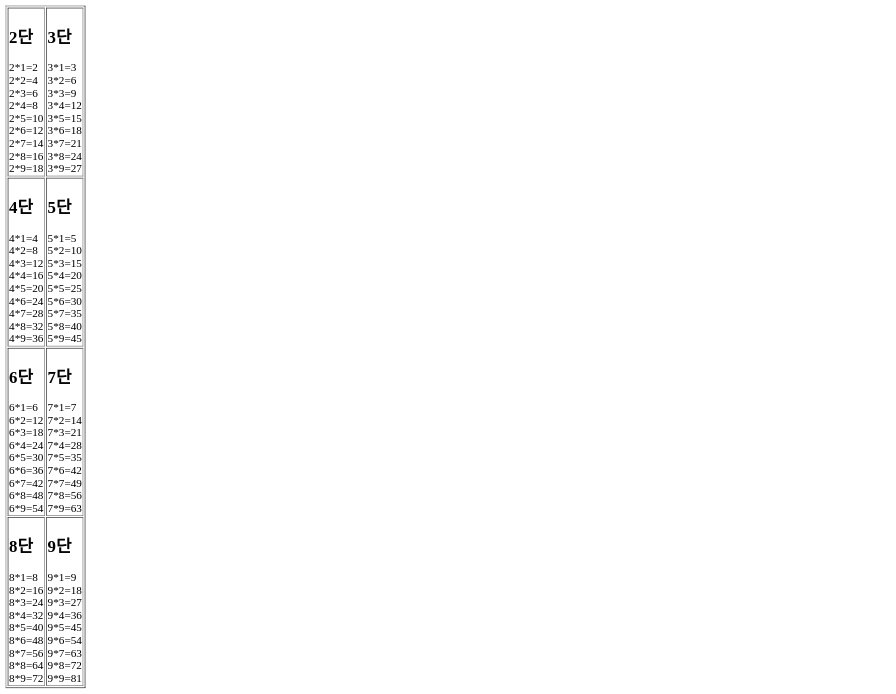
Repository: Park-Dongheon/Servlet-JSP_Training
Page: http://localhost/MissionJSP/Gugudan3.jsp
These files come from the project's save history. The page is drawn as it stood at one moment and after the next save; the edit follows.
The browser window is 1280 px wide. The pictures show the whole page, at 70% of full size.
The page is served by Tomcat 10. Other server files are loaded and not shown.

Above is the page before, as saved 2024-06-13 05:10:03.

### MissionJSP/src/main/webapp/Gugudan3.jsp
<%@ page language="java" contentType="text/html; charset=UTF-8"
	pageEncoding="UTF-8"%>

<!DOCTYPE html>
<html>
<head>
<meta charset="UTF-8">
<title>구구단</title>
</head>
<body>
	<%
	int col = 2;

	try {
		col = Integer.parseInt(request.getParameter("col"));

	} catch (Exception e) {}


	int dan = 2;
	out.print("<table border='1'>");

	while (dan <= 9) {
		out.print("<tr>");
		for (int i = 0; i < col && dan <= 9; i++, dan++) {
			out.print("<td><h2>" + dan + "단</h2>");
			for (int j = 1; j <= 9; j++) {
				out.print(dan + "*" + j + "=" + (dan * j) + "<br />");
			}
			out.print("</td>");
		}
		out.print("</tr>");
	}
	out.print("</table>");
	%>
</body>
</html>

After the next save:
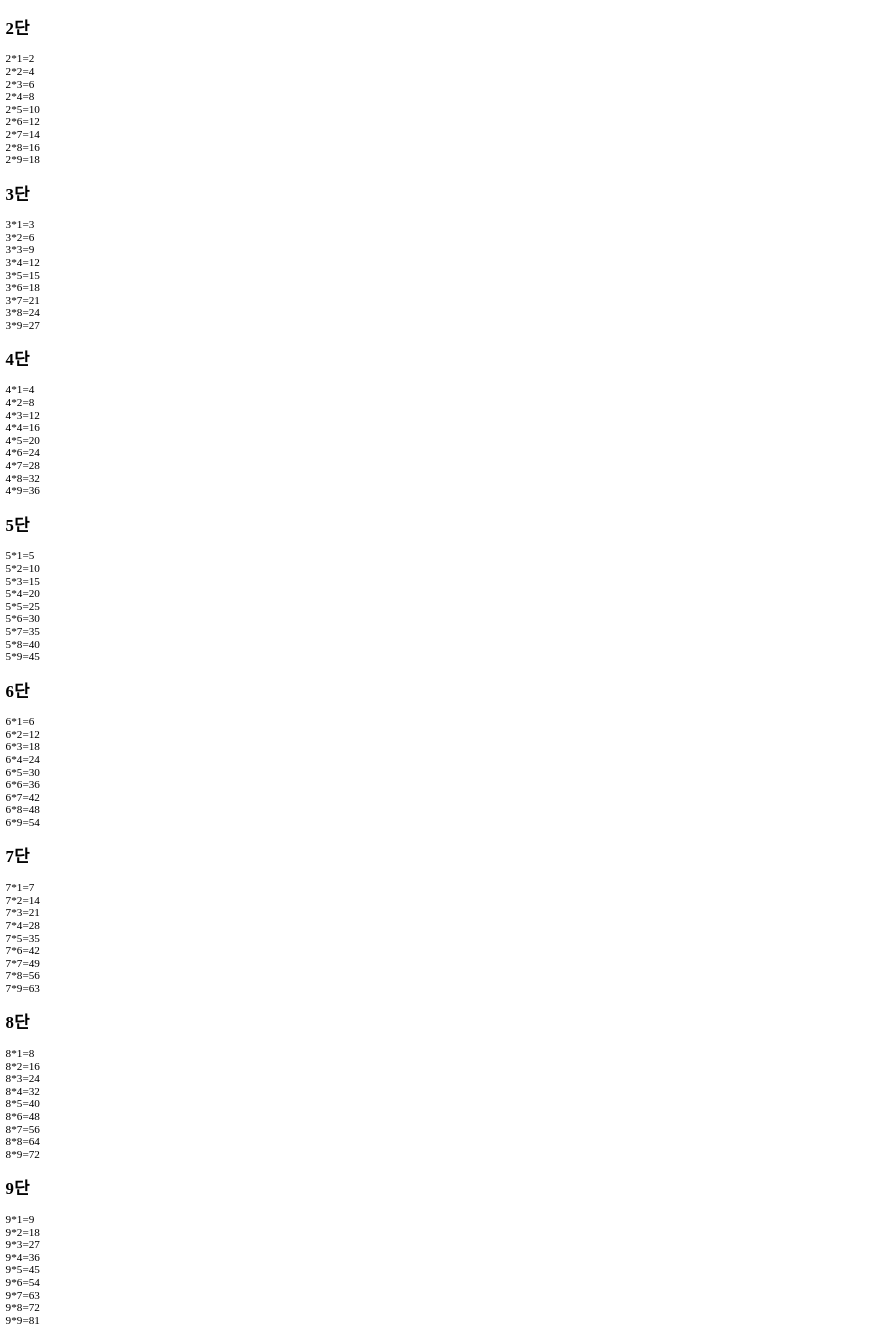
Saved 44 s later.
--- a/MissionJSP/src/main/webapp/Gugudan3.jsp
+++ b/MissionJSP/src/main/webapp/Gugudan3.jsp
@@ -18,20 +18,15 @@
 
 
 	int dan = 2;
-	out.print("<table border='1'>");
 
 	while (dan <= 9) {
-		out.print("<tr>");
 		for (int i = 0; i < col && dan <= 9; i++, dan++) {
-			out.print("<td><h2>" + dan + "단</h2>");
+			out.print("<h2>" + dan + "단</h2>");
 			for (int j = 1; j <= 9; j++) {
 				out.print(dan + "*" + j + "=" + (dan * j) + "<br />");
 			}
-			out.print("</td>");
 		}
-		out.print("</tr>");
 	}
-	out.print("</table>");
 	%>
 </body>
 </html>

After the save that followed:
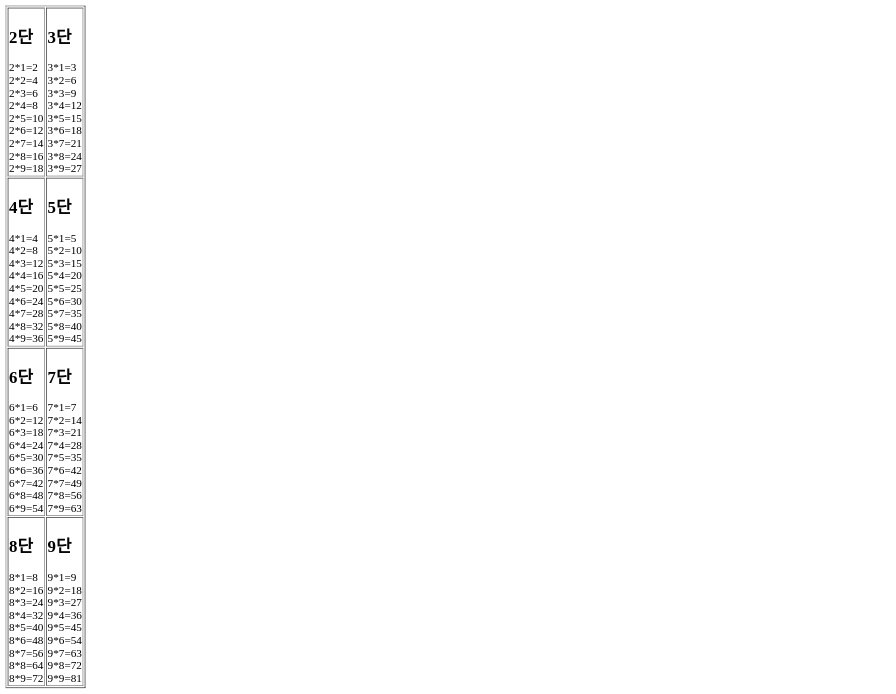
Saved 49 s later.
--- a/MissionJSP/src/main/webapp/Gugudan3.jsp
+++ b/MissionJSP/src/main/webapp/Gugudan3.jsp
@@ -18,15 +18,20 @@
 
 
 	int dan = 2;
+	out.print("<table border='1'>");
 
 	while (dan <= 9) {
+		out.print("<tr>");
 		for (int i = 0; i < col && dan <= 9; i++, dan++) {
-			out.print("<h2>" + dan + "단</h2>");
+			out.print("<td><h2>" + dan + "단</h2>");
 			for (int j = 1; j <= 9; j++) {
 				out.print(dan + "*" + j + "=" + (dan * j) + "<br />");
 			}
+			out.print("</td>");
 		}
+		out.print("</tr>");
 	}
+	out.print("</table>");
 	%>
 </body>
 </html>
